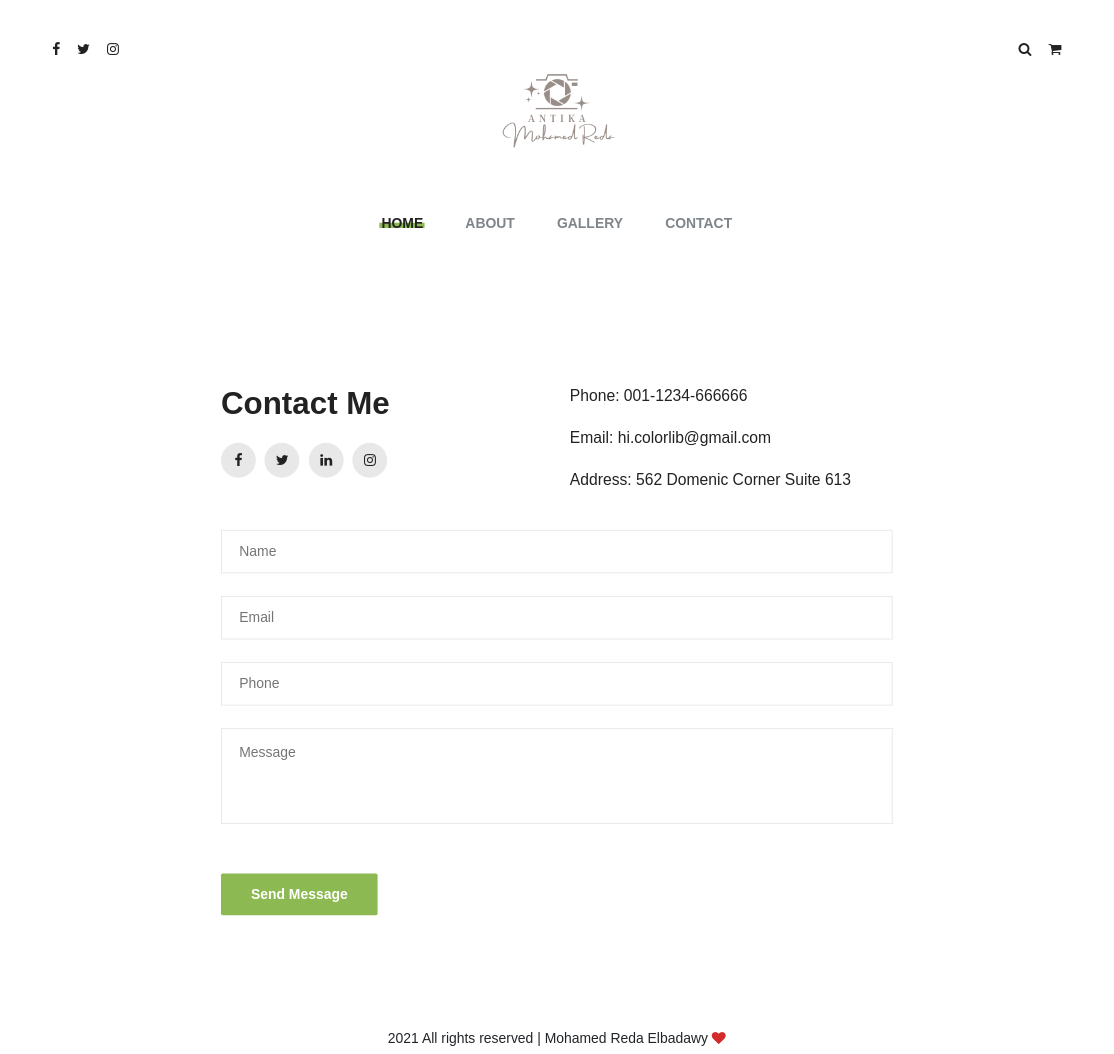
Repository: mohamedelbadawi/Simple-galley-using-laravel
Page: http://localhost/contact
An editor plug-in stored every save of this project. The page is shown before and after a run of saves, followed by the edit.
The browser window is 1280 px wide. The pictures show the whole page, at 87% of full size.
The page is served by the project's Laravel application, run on PHP 8.4 with Laravel 8. Other server files are loaded and not shown.

Above is the page before, as saved 2021-09-01 11:04:06.

### Gallery/routes/web.php
<?php

use App\Http\Controllers\AlbumsController;
use App\Http\Controllers\FrontController;
use App\Http\Controllers\PhotosController;
use Illuminate\Support\Facades\Auth;
use Illuminate\Support\Facades\Route;

/*
|--------------------------------------------------------------------------
| Web Routes
|--------------------------------------------------------------------------
|
| Here is where you can register web routes for your application. These
| routes are loaded by the RouteServiceProvider within a group which
| contains the "web" middleware group. Now create something great!
|
 */

Route::get('/', [FrontController::class, 'albumsIndex']);
Route::get('/home', [FrontController::class, 'albumsIndex'])->name('home');

Route::get('/gallery', [FrontController::class, 'galleryIndex'])->name('gallery');

Route::get('/about', function () {
    return view('gallery/about');
})->name('about');

Route::get('/contact', function () {
    return view('gallery/contact');
})->name('contact');
// Route::get('/blog', function () {
//     return view('gallery/blog');
// })->name('blog');

Route::prefix('admin')->group(function () {
    Auth::routes();
    Route::get('/dashboard', function () {
        return view('admin/dashboard');
    })->name('dashboard');
    Route::get('/albums/create', [AlbumsController::class, 'create'])->name('album.create');
    Route::get('/albums', [AlbumsController::class, 'index'])->name('album.index');
    Route::post('/albums/store', [AlbumsController::class, 'store'])->name('album.store');
    Route::get('album/{id}', [AlbumsController::class, 'showImages'])->name('album.show');
    Route::post('photos/upload/{id}', [PhotosController::class, 'upload'])->name('photos.upload');
});
Route::get('/admin', function () {
    return view('admin.Dashboard');
})->middleware('auth');

### Gallery/resources/views/gallery/contact.blade.php
@extends('app')

@section('content')

    <!-- Contact Page -->
    <section class="contact__page">
        <div class="contact__warp">
            <div class="row">
                <div class="col-md-6">
                    <h2>Contact Me</h2>
                    <div class="contact__social">
                        <a href="#"><i class="fa fa-facebook"></i></a>
                        <a href="#"><i class="fa fa-twitter"></i></a>
                        <a href="#"><i class="fa fa-linkedin"></i></a>
                        <a href="#"><i class="fa fa-instagram"></i></a>
                    </div>
                </div>
                <div class="col-md-6">
                    <div class="contact__text">
                        <p>Phone: 001-1234-666666</p>
                        <p>Email: hi.colorlib@gmail.com</p>
                        <p>Address: 562 Domenic Corner Suite 613</p>
                    </div>
                </div>
            </div>
            <form class="contact__form">
                <input type="text" placeholder="Name">
                <input type="text" placeholder="Email">
                <input type="text" placeholder="Phone">
                <textarea placeholder="Message"></textarea>
                <button class="site-btn">Send Message</button>
            </form>
        </div>
    </section>
    <!-- Contact Page end -->

@endsection

### Gallery/resources/views/app.blade.php
<!DOCTYPE html>
<html lang="zxx">

<head>
    <title>Boto | Photography HTML Template</title>
    <meta charset="UTF-8">
    <meta name="description" content="Boto Photo Studio HTML Template">
    <meta name="keywords" content="photo, html">
    <meta name="viewport" content="width=device-width, initial-scale=1.0">
    <!-- Stylesheets -->
    <link rel="stylesheet" href="css/bootstrap.min.css" />
    <link rel="stylesheet" href="css/font-awesome.min.css" />
    <link rel="stylesheet" href="css/slicknav.min.css" />
    <link rel="stylesheet" href="css/fresco.css" />
    <link rel="stylesheet" href="css/slick.css" />

    <!-- Main Stylesheets -->
    <link rel="stylesheet" href="css/style.css" />


    <!--[if lt IE 9]>
  <script src="https://oss.maxcdn.com/html5shiv/3.7.2/html5shiv.min.js"></script>
  <script src="https://oss.maxcdn.com/respond/1.4.2/respond.min.js"></script>
 <![endif]-->

</head>

<body>
    <!-- Page Preloder -->
    <div id="preloder">
        <div class="loader"></div>
    </div>

    <!-- Header Section -->
    <header class="header">
        <div class="container-fluid">
            <div class="row">
                <div class="col-sm-4 col-md-3 order-2 order-sm-1">
                    <div class="header__social">
                        <a href="#"><i class="fa fa-facebook"></i></a>
                        <a href="#"><i class="fa fa-twitter"></i></a>
                        <a href="#"><i class="fa fa-instagram"></i></a>
                    </div>
                </div>
                <div class="col-sm-4 col-md-6 order-1  order-md-2 text-center">
                    <a href="./index.html" class="site-logo">
                        <img src="img/logo.png" class="m-0" style="width: 180px; height:180px" alt="">
                    </a>
                </div>
                <div class="col-sm-4 col-md-3 order-3 order-sm-3">
                    <div class="header__switches">
                        <a href="#" class="search-switch"><i class="fa fa-search"></i></a>
                        <a href="#" class="nav-switch"><i class="fa fa-bars"></i></a>
                        <a href="#"><i class="fa fa-shopping-cart"></i></a>
                    </div>
                </div>
            </div>
            <nav class="main__menu">
                <ul class="nav__menu">
                    <li><a href="{{ route('home') }}" class="menu--active">Home</a></li>
                    <li><a href="{{ route('about') }}">About</a></li>
                    <li><a href="{{ route('gallery') }}">Gallery</a></li>
                    {{-- <li><a href="{{ route('blog') }}">Blog</a> --}}
                    </li>
                    <li><a href="{{ route('contact') }}">Contact</a></li>
                </ul>
            </nav>
        </div>
    </header>
    @yield('content')
    <footer class="footer__section">
        <div class="container">
            <div class="footer__copyright__text">
                <script>
                    document.write(new Date().getFullYear());
                </script> All rights reserved | Mohamed Reda Elbadawy <i class="fa fa-heart"
                    aria-hidden="true"></i>
            </div>
        </div>
    </footer>
    <!-- Footer Section end -->

    <!-- Search Begin -->
    <div class="search-model">
        <div class="h-100 d-flex align-items-center justify-content-center">
            <div class="search-close-switch">+</div>
            <form class="search-model-form">
                <input type="text" id="search-input" placeholder="Search here.....">
            </form>
        </div>
    </div>
    <!-- Search End -->

    <!--====== Javascripts & Jquery ======-->
    <script src="js/vendor/jquery-3.2.1.min.js"></script>
    <script src="js/jquery.slicknav.min.js"></script>
    <script src="js/slick.min.js"></script>
    <script src="js/fresco.min.js"></script>
    <script src="js/main.js"></script>

</body>

</html>

Loaded but not shown: Gallery/app/Http/Controllers/Auth/ConfirmPasswordController.php (common file); Gallery/app/Http/Controllers/Controller.php (common file); Gallery/public/css/bootstrap.min.css (library); Gallery/public/css/font-awesome.min.css (library); Gallery/public/css/slicknav.min.css (common file); Gallery/public/css/slick.css (common file); Gallery/public/js/jquery.slicknav.min.js (library); Gallery/public/js/slick.min.js (library); Gallery/public/js/fresco.min.js (library); Gallery/public/js/main.js (161 lines, source omitted); Gallery/public/css/fresco.css (1616 lines, source omitted); Gallery/public/css/style.css (1195 lines, source omitted)

After the next 2 saves:
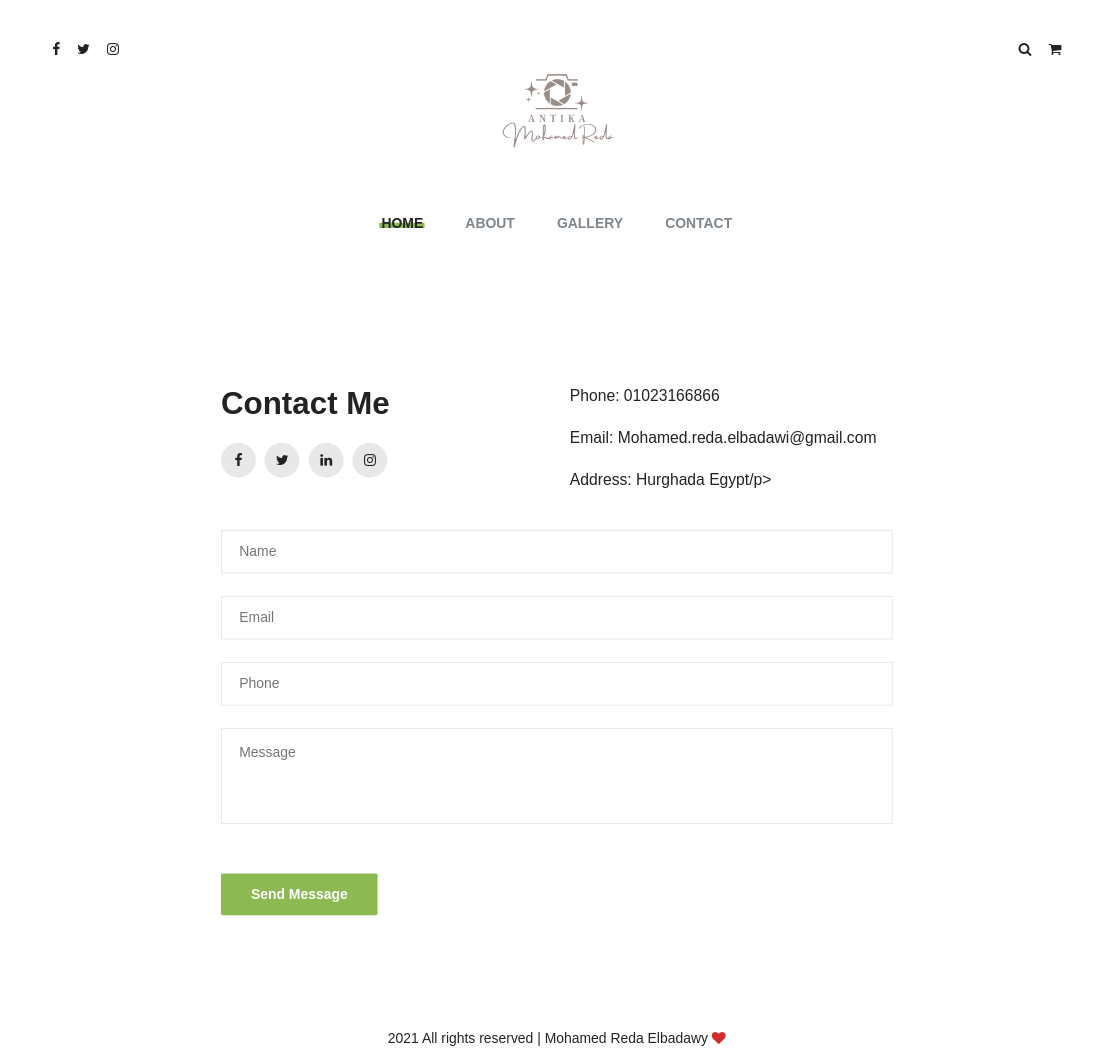
The 2 saves are shown as one change because they came seconds apart.
The last was saved 51 s later.
--- a/Gallery/resources/views/gallery/contact.blade.php
+++ b/Gallery/resources/views/gallery/contact.blade.php
@@ -17,9 +17,9 @@
                 </div>
                 <div class="col-md-6">
                     <div class="contact__text">
-                        <p>Phone: 001-1234-666666</p>
-                        <p>Email: hi.colorlib@gmail.com</p>
-                        <p>Address: 562 Domenic Corner Suite 613</p>
+                        <p>Phone: 01023166866</p>
+                        <p>Email: Mohamed.reda.elbadawi@gmail.com</p>
+                        <p>Address: Hurghada Egypt/p>
                     </div>
                 </div>
             </div>
